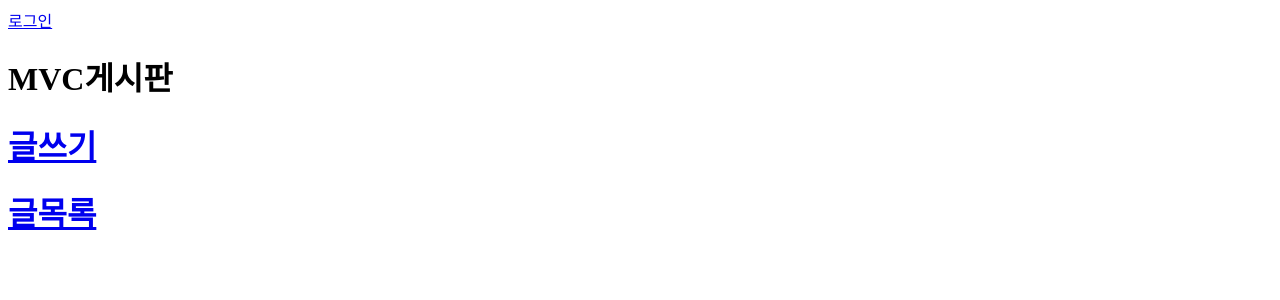
Repository: ReadStar/Jsp_MVC
Page: http://localhost/MVC_Board/
The author's editor kept a copy of each file at every save. The page is drawn from the files as they stood at one save, then again after the next save.
The browser window is 1280 px wide. The pictures show the whole page.
The page is served by Tomcat 9. Other server files are loaded and not shown.

Above is the page before, as saved 2020-11-24 00:31:55.

### MVC_Board/WebContent/index.jsp
<%@ page language="java" contentType="text/html; charset=UTF-8"
    pageEncoding="UTF-8"%>
<!DOCTYPE html>
<html>
<head>
<meta charset="UTF-8">
<title>Insert title here</title>
<style type="text/css">

</style>
</head>
<body>
	<section id ="login"><a href="MemberLoginForm.me">로그인</a></section>
	<h1>MVC게시판</h1>
	<h1><a href="BoardWriteForm.bo">글쓰기</a></h1>
	<h1><a href="BoardList.bo">글목록</a></h1>
</body>
</html>

After the next save:
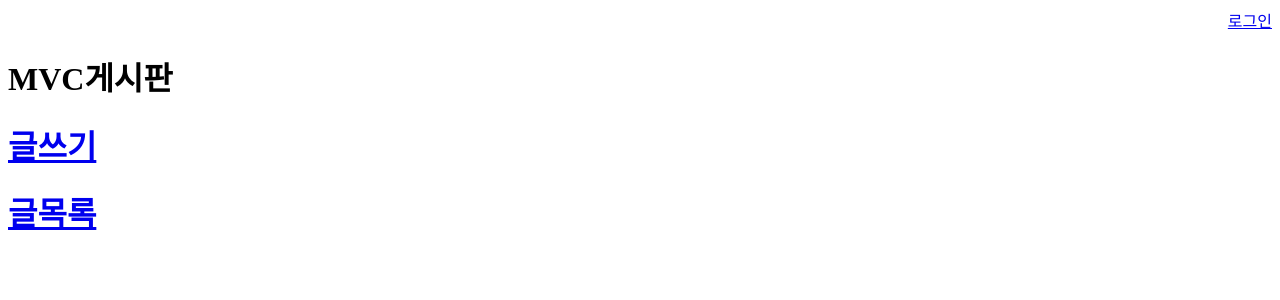
Saved 12 s later.
--- a/MVC_Board/WebContent/index.jsp
+++ b/MVC_Board/WebContent/index.jsp
@@ -6,7 +6,9 @@
 <meta charset="UTF-8">
 <title>Insert title here</title>
 <style type="text/css">
-
+	#login{
+	text-align: right;
+	}
 </style>
 </head>
 <body>
